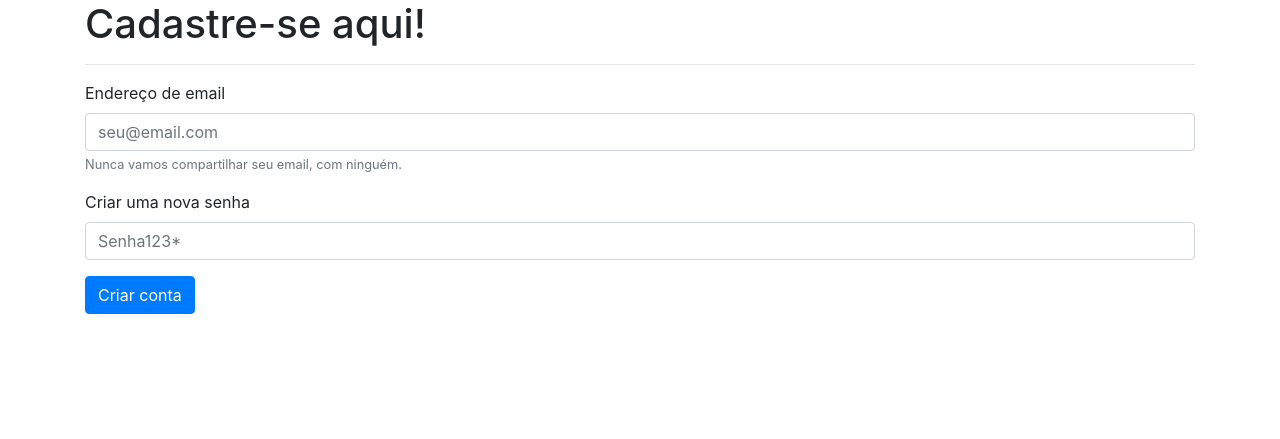
Repository: RickFernandez/Cadastro-Traveller
Page: http://localhost/cadastroUsuario
An editor plug-in stored every save of this project. The page is shown before and after the next save, followed by the edit.
The browser window is 1280 px wide. The pictures show the whole page.
The page is this project's Thymeleaf template; nobody is signed in. The template is opened directly, without the code that normally fills it, so the values that code supplies are empty.

Above is the page before, as saved 2022-05-30 01:49:38.

### Traveller/src/main/resources/templates/cadastroUsuario.html
<!DOCTYPE html>
<html>
<head>
<meta charset="UTF-8">
<title>Cadastro de Usuários</title>
<link rel="stylesheet" href="https://stackpath.bootstrapcdn.com/bootstrap/4.1.3/css/bootstrap.min.css" integrity="sha384-MCw98/SFnGE8fJT3GXwEOngsV7Zt27NXFoaoApmYm81iuXoPkFOJwJ8ERdknLPMO" crossorigin="anonymous">
</head>
<body>

	<div class="container">
	<h1>Cadastre-se aqui!</h1>
	<hr>

	<form>
	  <div class="form-group">
	    <label for="exampleInputEmail1">Endereço de email</label>
	    <input type="email" class="form-control" id="exampleInputEmail1" aria-describedby="emailHelp" placeholder="seu@email.com">
	    <small id="emailHelp" class="form-text text-muted">Nunca vamos compartilhar seu email, com ninguém.</small>
	  </div>

	  <div class="form-group">
	    <label for="exampleInputPassword1">Criar uma nova senha</label>
	    <input type="password" class="form-control" id="exampleInputPassword1" placeholder="Senha123*">
	  </div>

	  <button type="submit" class="btn btn-primary">Criar conta</button>
	</form>
	</div>
</body>
</html>

After the next save:
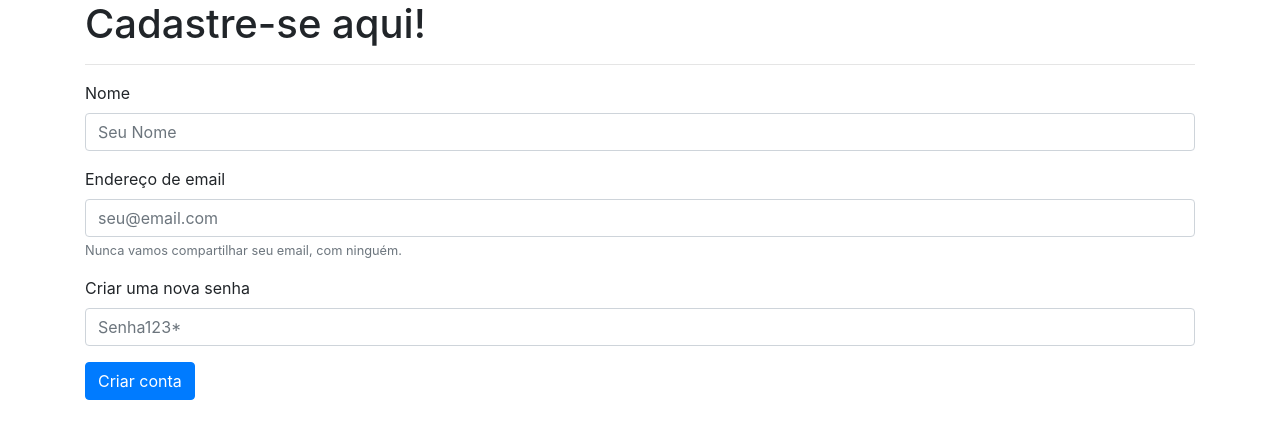
Saved 35 s later.
--- a/Traveller/src/main/resources/templates/cadastroUsuario.html
+++ b/Traveller/src/main/resources/templates/cadastroUsuario.html
@@ -12,6 +12,11 @@
 	<hr>
 
 	<form>
+	<div class="form-group">
+	    <label for="exampleInputEmail1">Nome</label>
+	    <input type="text" class="form-control" id="exampleInputEmail1" aria-describedby="emailHelp" placeholder="Seu Nome">
+	  </div>
+
 	  <div class="form-group">
 	    <label for="exampleInputEmail1">Endereço de email</label>
 	    <input type="email" class="form-control" id="exampleInputEmail1" aria-describedby="emailHelp" placeholder="seu@email.com">
